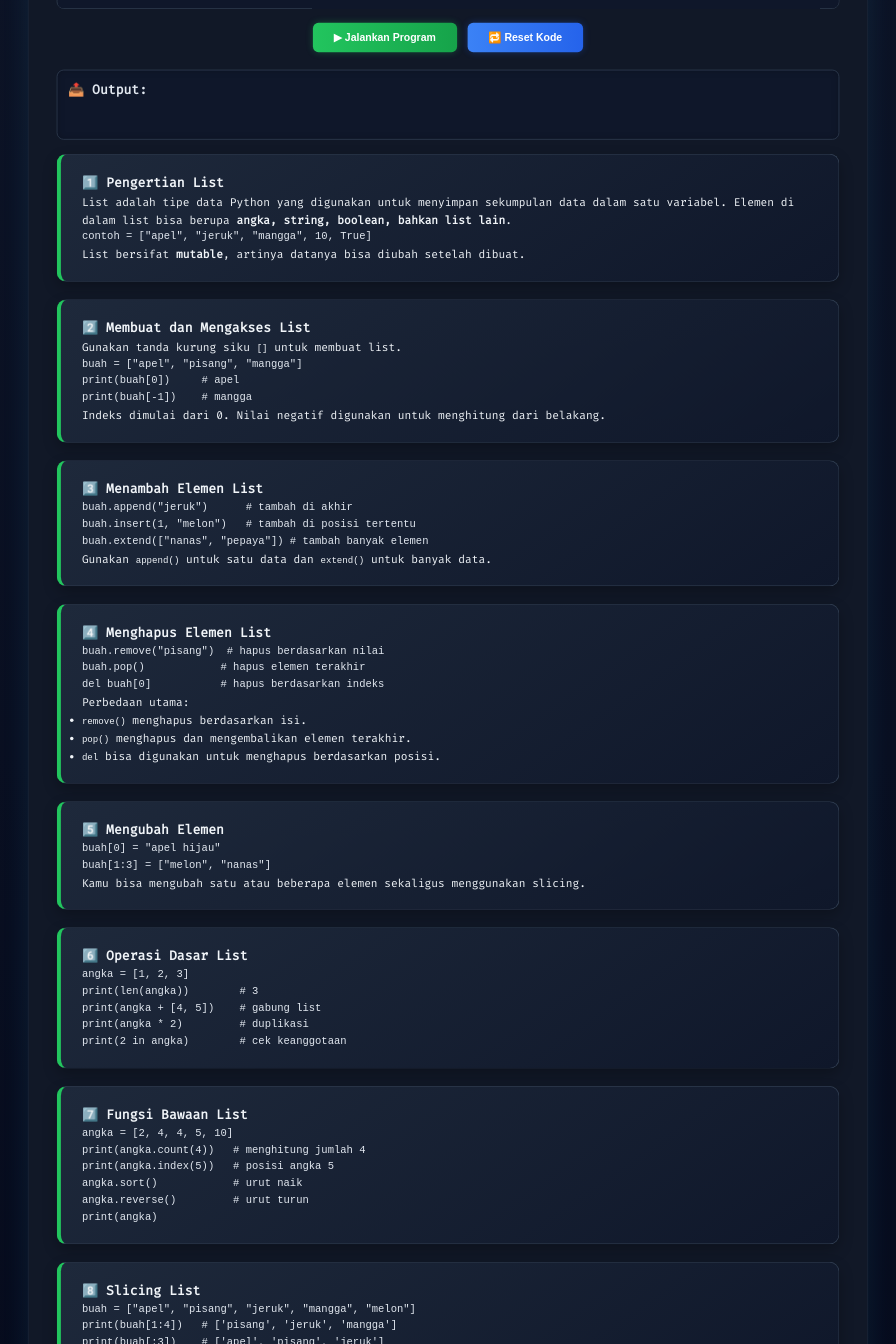
Repository: smkmutipugademak/Array
Page: index.html
An editor plug-in stored every save of this project. The page is shown before and after the next save, followed by the edit.
The browser window is 1280 px wide. The pictures show the part of the page from y = 831 to 2751 px (the page is 4198 px tall before and 4413 px after), at 70% of full size.
An inner scrolling area shows only its first screen.

Above is the page before, as saved 2025-11-11 05:20:34.

### index.html
<!DOCTYPE html>
<html lang="id">

<head>
    <meta charset="UTF-8" />
    <meta name="viewport" content="width=device-width, initial-scale=1.0" />
    <title>🐍 Python Interactive Compiler - Belajar List</title>
    <link rel="stylesheet" href="style.css" />
    <link href="https://fonts.googleapis.com/css2?family=Fira+Code&display=swap" rel="stylesheet">
</head>

<body>
    <div class="container">
        <h1>🐍 Python Interactive Compiler</h1>
        <h2>📚 Modul: List (Array) Lengkap</h2>

        <div class="tabs">
            <button class="tab-button active" data-tab="praktikum">🧩 Praktikum</button>
        </div>

        <!-- ===================== TAB PRAKTIKUM ===================== -->
        <div id="praktikum" class="tab-content active">
            <div class="instructions">
                <h3>📗 Panduan Praktikum</h3>
                <ul>
                    <li>Edit bagian tertentu sesuai instruksi di komentar <code>#</code>.</li>
                    <li>Klik <b>▶ Jalankan</b> untuk menjalankan kode.</li>
                    <li>Klik <b>🔁 Reset</b> untuk mengembalikan kode ke versi awal.</li>
                    <li>Kode otomatis tersimpan, tidak akan hilang saat reload!</li>
                </ul>
            </div>

            <div class="editor-section">
                <label>💻 Kode Python:</label>
                <textarea id="editor" spellcheck="false"></textarea>

                <div class="btn-group">
                    <button id="runBtn">▶ Jalankan Program</button>
                    <button id="resetBtn">🔁 Reset Kode</button>
                </div>
            </div>

            <div class="output-container">
                <h3>📤 Output:</h3>
                <pre id="output"></pre>
            </div>
        </div>

        <!-- ===================== TAB TEORI LENGKAP ===================== -->
        <div id="teori" class="tab-content">
            <div class="theory-section">
                <div class="card">
                    <h3>1️⃣ Pengertian List</h3>
                    <p>List adalah tipe data Python yang digunakan untuk menyimpan sekumpulan data dalam satu variabel.
                        Elemen di dalam list bisa berupa <b>angka, string, boolean, bahkan list lain</b>.</p>
                    <pre><code>contoh = ["apel", "jeruk", "mangga", 10, True]</code></pre>
                    <p>List bersifat <b>mutable</b>, artinya datanya bisa diubah setelah dibuat.</p>
                </div>

                <div class="card">
                    <h3>2️⃣ Membuat dan Mengakses List</h3>
                    <p>Gunakan tanda kurung siku <code>[]</code> untuk membuat list.</p>
                    <pre><code>buah = ["apel", "pisang", "mangga"]
print(buah[0])     # apel
print(buah[-1])    # mangga</code></pre>
                    <p>Indeks dimulai dari 0. Nilai negatif digunakan untuk menghitung dari belakang.</p>
                </div>

                <div class="card">
                    <h3>3️⃣ Menambah Elemen List</h3>
                    <pre><code>buah.append("jeruk")      # tambah di akhir
buah.insert(1, "melon")   # tambah di posisi tertentu
buah.extend(["nanas", "pepaya"]) # tambah banyak elemen</code></pre>
                    <p>Gunakan <code>append()</code> untuk satu data dan <code>extend()</code> untuk banyak data.</p>
                </div>

                <div class="card">
                    <h3>4️⃣ Menghapus Elemen List</h3>
                    <pre><code>buah.remove("pisang")  # hapus berdasarkan nilai
buah.pop()            # hapus elemen terakhir
del buah[0]           # hapus berdasarkan indeks</code></pre>
                    <p>Perbedaan utama:
                    <ul>
                        <li><code>remove()</code> menghapus berdasarkan isi.</li>
                        <li><code>pop()</code> menghapus dan mengembalikan elemen terakhir.</li>
                        <li><code>del</code> bisa digunakan untuk menghapus berdasarkan posisi.</li>
                    </ul>
                    </p>
                </div>

                <div class="card">
                    <h3>5️⃣ Mengubah Elemen</h3>
                    <pre><code>buah[0] = "apel hijau"
buah[1:3] = ["melon", "nanas"]</code></pre>
                    <p>Kamu bisa mengubah satu atau beberapa elemen sekaligus menggunakan slicing.</p>
                </div>

                <div class="card">
                    <h3>6️⃣ Operasi Dasar List</h3>
                    <pre><code>angka = [1, 2, 3]
print(len(angka))        # 3
print(angka + [4, 5])    # gabung list
print(angka * 2)         # duplikasi
print(2 in angka)        # cek keanggotaan</code></pre>
                </div>

                <div class="card">
                    <h3>7️⃣ Fungsi Bawaan List</h3>
                    <pre><code>angka = [2, 4, 4, 5, 10]
print(angka.count(4))   # menghitung jumlah 4
print(angka.index(5))   # posisi angka 5
angka.sort()            # urut naik
angka.reverse()         # urut turun
print(angka)</code></pre>
                </div>

                <div class="card">
                    <h3>8️⃣ Slicing List</h3>
                    <pre><code>buah = ["apel", "pisang", "jeruk", "mangga", "melon"]
print(buah[1:4])   # ['pisang', 'jeruk', 'mangga']
print(buah[:3])    # ['apel', 'pisang', 'jeruk']
print(buah[::-1])  # urutan dibalik</code></pre>
                </div>

                <div class="card">
                    <h3>9️⃣ Nested List (List di dalam List)</h3>
                    <pre><code>kelas = [["Ani", 80], ["Budi", 90], ["Citra", 85]]
print(kelas[1][0])  # Budi
print(kelas[1][1])  # 90</code></pre>
                    <p>Nested list sering digunakan untuk menyimpan data tabel atau pasangan nilai (nama dan skor).</p>
                </div>

                <div class="card">
                    <h3>🔟 Looping pada List</h3>
                    <pre><code>for buah in ["apel", "pisang", "jeruk"]:
    print(buah)</code></pre>
                    <p>Bisa juga menggunakan <code>enumerate()</code> untuk mendapatkan indeks dan nilai:</p>
                    <pre><code>buah = ["apel", "jeruk", "pisang"]
for i, item in enumerate(buah):
    print(i, item)</code></pre>
                </div>

                <div class="card">
                    <h3>1️⃣1️⃣ List Comprehension</h3>
                    <p>Cara singkat membuat list dari iterasi.</p>
                    <pre><code>angka = [x for x in range(5)]
kuadrat = [x**2 for x in range(1,6)]
print(angka)
print(kuadrat)</code></pre>
                </div>

                <div class="card">
                    <h3>1️⃣2️⃣ Fungsi Copy, Clear, dan Lainnya</h3>
                    <pre><code>data = [1, 2, 3]
salinan = data.copy()
salinan.append(4)
print("Asli:", data)
print("Salinan:", salinan)

data.clear()
print("Setelah clear:", data)</code></pre>
                </div>

                <div class="card">
                    <h3>📖 Rangkuman</h3>
                    <ul>
                        <li>List menyimpan banyak data dalam satu variabel.</li>
                        <li>List bersifat <b>mutable</b> (bisa diubah).</li>
                        <li>Dapat ditambah, dihapus, digabung, dan diulang.</li>
                        <li>Mendukung operasi matematika dan logika sederhana.</li>
                        <li>Sangat penting untuk memahami manipulasi data di Python.</li>
                    </ul>
                </div>

                <div class="card" style="text-align:center; color:#22c55e;">
                    <h3>🎉 Selesai! Kamu sudah memahami semua konsep List Python 🎉</h3>
                </div>
            </div>
        </div>
    </div>

    <!-- Skulpt -->
    <script src="https://cdn.jsdelivr.net/npm/skulpt@1.2.0/dist/skulpt.min.js"></script>
    <script src="https://cdn.jsdelivr.net/npm/skulpt@1.2.0/dist/skulpt-stdlib.js"></script>
    <script src="script.js"></script>
</body>

</html>

### style.css
/* =======================================
   🌌 MODERN RESPONSIVE PYTHON COMPILER UI
   By Nanda Edition
======================================= */

/* RESET & BASE */
* {
    box-sizing: border-box;
    margin: 0;
    padding: 0;
}

body {
    background: radial-gradient(circle at top, #0f172a, #020617);
    color: #e2e8f0;
    font-family: "Fira Code", monospace;
    display: flex;
    justify-content: center;
    align-items: flex-start;
    min-height: 100vh;
    padding: 30px 10px;
}

/* CONTAINER */
.container {
    background: #111827;
    border: 1px solid #1e293b;
    border-radius: 20px;
    width: 100%;
    max-width: 1200px;
    padding: 30px 40px;
    box-shadow: 0 0 40px rgba(56, 189, 248, 0.1);
    animation: fadeIn 0.6s ease;
}

/* TITLE */
h1 {
    text-align: center;
    color: #38bdf8;
    font-size: 1.9rem;
    font-weight: 600;
    margin-bottom: 10px;
}

h2 {
    text-align: center;
    color: #94a3b8;
    font-size: 1rem;
    margin-bottom: 20px;
}

/* TABS */
.tabs {
    display: flex;
    justify-content: center;
    flex-wrap: wrap;
    gap: 10px;
    margin-bottom: 25px;
}

.tab-button {
    padding: 10px 22px;
    background: #1e293b;
    border: 1px solid #334155;
    border-radius: 10px;
    color: #cbd5e1;
    cursor: pointer;
    transition: all 0.3s ease;
    font-weight: 500;
}

.tab-button:hover {
    background: #2563eb;
    color: #fff;
    transform: translateY(-2px);
}

.tab-button.active {
    background: linear-gradient(90deg, #22c55e, #16a34a);
    color: #fff;
    box-shadow: 0 0 10px rgba(34, 197, 94, 0.4);
}

/* THEORY SECTION */
.theory-section {
    display: flex;
    flex-direction: column;
    gap: 25px;
    margin-top: 20px;
}

.card {
    background: linear-gradient(145deg, #1e293b 0%, #0f172a 100%);
    border: 1px solid #334155;
    border-left: 6px solid #22c55e;
    border-radius: 14px;
    padding: 25px 30px;
    color: #f1f5f9;
    line-height: 1.6;
    position: relative;
    transition: all 0.3s ease;
    box-shadow: 0 8px 20px rgba(0, 0, 0, 0.25);
}

.card:hover {
    transform: translateY(-4px);
    border-left-color: #38bdf8;
    box-shadow: 0 10px 25px rgba(56, 189, 248, 0.15);
}

/* EDITOR SECTION */
.editor-section {
    display: flex;
    flex-direction: column;
    gap: 20px;
}

textarea {
    width: 100%;
    height: 480px;
    background: #0f172a;
    color: #f8fafc;
    border: 1px solid #334155;
    border-radius: 10px;
    padding: 15px;
    font-size: 15px;
    resize: none;
    outline: none;
    transition: all 0.3s ease;
}

textarea:focus {
    border-color: #38bdf8;
    box-shadow: 0 0 10px rgba(56, 189, 248, 0.2);
}

/* BUTTON GROUP */
.btn-group {
    display: flex;
    justify-content: center;
    flex-wrap: wrap;
    gap: 15px;
}

#runBtn,
#resetBtn {
    padding: 12px 30px;
    border: none;
    border-radius: 8px;
    color: #fff;
    cursor: pointer;
    font-size: 15px;
    font-weight: 600;
    transition: all 0.3s ease;
}

#runBtn {
    background: linear-gradient(90deg, #22c55e, #16a34a);
    box-shadow: 0 0 10px rgba(34, 197, 94, 0.3);
}

#runBtn:hover {
    background: linear-gradient(90deg, #16a34a, #15803d);
    transform: translateY(-2px);
}

#resetBtn {
    background: linear-gradient(90deg, #3b82f6, #2563eb);
    box-shadow: 0 0 10px rgba(37, 99, 235, 0.3);
}

#resetBtn:hover {
    background: linear-gradient(90deg, #2563eb, #1d4ed8);
    transform: translateY(-2px);
}

/* OUTPUT CONTAINER */
.output-container {
    background: #0f172a;
    border: 1px solid #334155;
    border-radius: 10px;
    padding: 15px;
    margin-top: 25px;
    overflow-x: auto;
    min-height: 100px;
    box-shadow: inset 0 0 10px rgba(0, 0, 0, 0.2);
}

pre {
    color: #e2e8f0;
    font-size: 15px;
    white-space: pre-wrap;
}

/* ANIMASI */
@keyframes fadeIn {
    from {
        opacity: 0;
        transform: translateY(20px);
    }

    to {
        opacity: 1;
        transform: translateY(0);
    }
}

/* RESPONSIVE ADJUSTMENTS */

/* 💻 Laptop kecil */
@media (max-width: 1024px) {
    .container {
        padding: 20px;
    }

    textarea {
        height: 400px;
        font-size: 14px;
    }
}

/* 📱 Tablet */
@media (max-width: 768px) {
    h1 {
        font-size: 1.6rem;
    }

    .theory-section {
        grid-template-columns: 1fr;
    }

    textarea {
        height: 350px;
    }
}

/* 📱 Smartphone besar */
@media (max-width: 480px) {
    .container {
        padding: 15px;
        border-radius: 14px;
    }

    .tab-button {
        padding: 8px 16px;
        font-size: 13px;
    }

    #runBtn,
    #resetBtn {
        padding: 10px 20px;
        font-size: 13px;
    }

    textarea {
        height: 300px;
        font-size: 13px;
    }
}

### script.js
// ============================================================
// 🧠 PYTHON COMPILER WITH AUTOSAVE
// ============================================================
const defaultCode = `# ============================================================
# 📘 PRAKTIKUM PYTHON LIST LENGKAP
# ============================================================

buah = ["apel", "jeruk", "pisang", "mangga"]
print("List buah awal:", buah)

# 🔹 Akses elemen
print("Buah pertama:", buah[0])
print("Buah terakhir:", buah[-1])

# 🔹 Ubah elemen
buah[0] = "apel hijau"
print("Setelah diubah:", buah)

# 🔹 Tambah data
buah.append("melon")
buah.insert(2, "anggur")
buah.extend(["nanas", "pepaya"])
print("Setelah ditambah:", buah)

# 🔹 Hapus data
buah.remove("jeruk")
hapus = buah.pop()
print("Setelah dihapus:", buah)
print("Yang dihapus:", hapus)

# 🔹 Fungsi dasar list
angka = [2, 4, 5, 5, 10, 4]
print("List angka:", angka)
print("Jumlah elemen:", len(angka))
print("Banyak angka 5:", angka.count(5))
print("Indeks angka 4:", angka.index(4))

# 🔹 Operasi list
print("Penjumlahan list:", angka + [20, 30])
print("Duplikasi list:", angka * 2)
print("Apakah 4 ada di list?", 4 in angka)

# 🔹 Slicing
print("Elemen ke-2 s.d 4:", angka[1:4])
print("Membalik urutan:", angka[::-1])

# 🔹 Nested list
kelas = [["Ani", 80], ["Budi", 90], ["Citra", 85]]
print("Nilai Budi:", kelas[1][1])

# 🔹 Looping
print("Daftar nilai siswa:")
for nama, nilai in kelas:
    print("-", nama, "=", nilai)

# 🔹 List comprehension
kuadrat = [x**2 for x in range(1, 6)]
print("Kuadrat 1–5:", kuadrat)

# 🔹 Sort & Reverse
angka2 = [9, 3, 6, 1, 7]
angka2.sort()
print("Urut naik:", angka2)
angka2.reverse()
print("Urut turun:", angka2)

# 🔹 Copy dan Clear
salinan = angka2.copy()
salinan.append(100)
print("Asli:", angka2)
print("Salinan:", salinan)
salinan.clear()
print("Setelah clear:", salinan)

print("\\n✅ Semua fungsi List Python telah dipelajari!")`;

// ===========================
//  Inisialisasi Editor
// ===========================
const editor = document.getElementById("editor");
const output = document.getElementById("output");
const savedCode = localStorage.getItem("pythonCode");

editor.value = savedCode || defaultCode;

// ===========================
//  Jalankan Program
// ===========================
function outf(text) {
    output.innerHTML += text + "\n";
}

function builtinRead(x) {
    if (Sk.builtinFiles === undefined || Sk.builtinFiles["files"][x] === undefined)
        throw "File not found: '" + x + "'";
    return Sk.builtinFiles["files"][x];
}

document.getElementById("runBtn").addEventListener("click", () => {
    output.innerHTML = "";
    Sk.configure({ output: outf, read: builtinRead });
    Sk.misceval.asyncToPromise(() => Sk.importMainWithBody("<stdin>", false, editor.value, true))
        .then(() => outf("\n✅ Program selesai tanpa error."))
        .catch(err => outf("\n❌ Error: " + err.toString()));
});

// ===========================
//  Reset ke Default
// ===========================
document.getElementById("resetBtn").addEventListener("click", () => {
    if (confirm("Yakin ingin mengembalikan kode ke versi awal?")) {
        editor.value = defaultCode;
        output.innerHTML = "";
        localStorage.removeItem("pythonCode");
    }
});

// ===========================
//  Autosave Tiap 2 Detik
// ===========================
setInterval(() => {
    localStorage.setItem("pythonCode", editor.value);
}, 2000);

// ===========================
//  Tab Navigasi
// ===========================
document.querySelectorAll(".tab-button").forEach(btn => {
    btn.addEventListener("click", () => {
        document.querySelectorAll(".tab-button").forEach(b => b.classList.remove("active"));
        document.querySelectorAll(".tab-content").forEach(c => c.classList.remove("active"));
        btn.classList.add("active");
        document.getElementById(btn.dataset.tab).classList.add("active");
    });
});

After the next save:
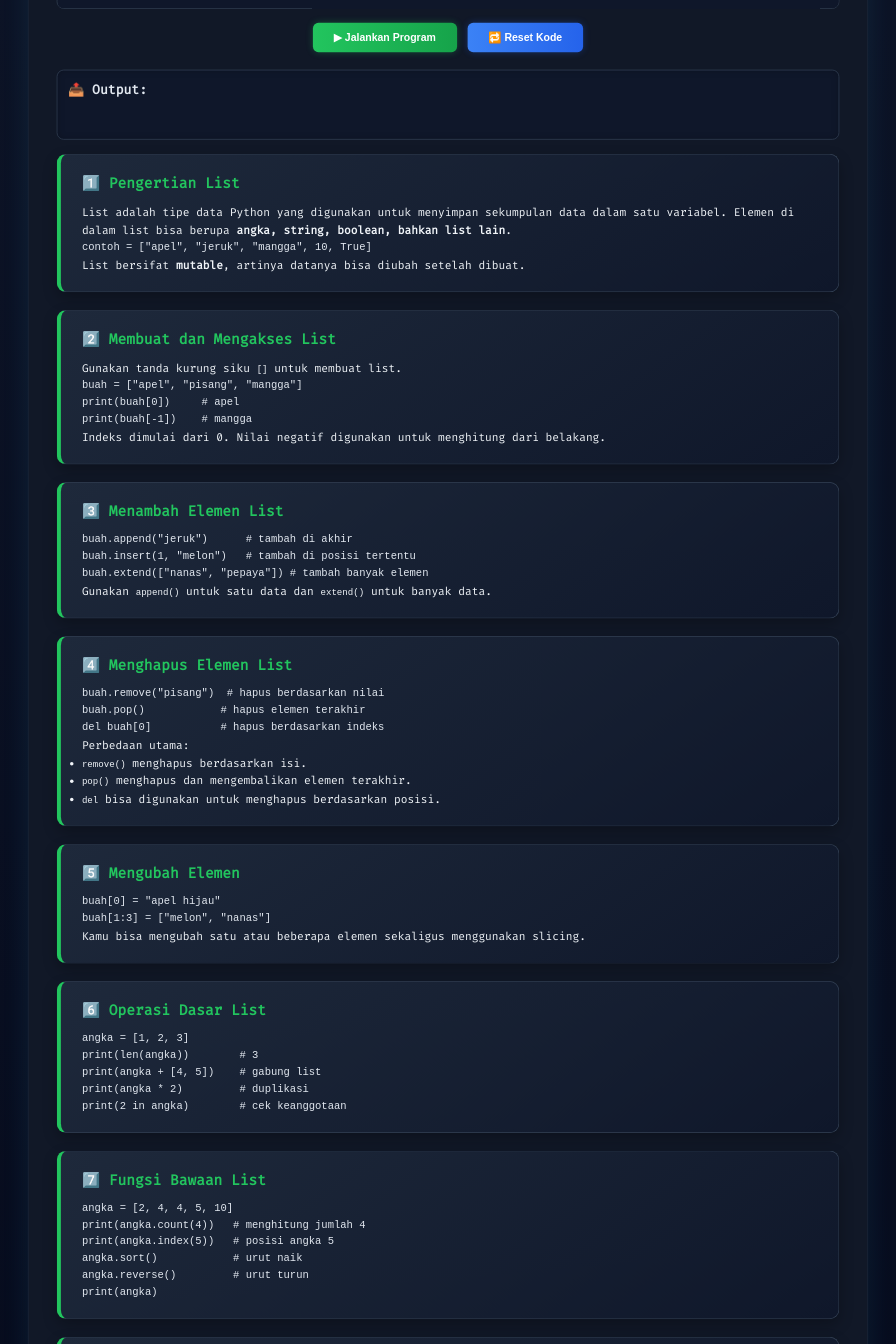
Saved 8 s later.
--- a/style.css
+++ b/style.css
@@ -107,7 +107,16 @@ h2 {
     border-left-color: #38bdf8;
     box-shadow: 0 10px 25px rgba(56, 189, 248, 0.15);
 }
-
+/* Nomor bab */
+.card h3 {
+    display: flex;
+    align-items: center;
+    gap: 10px;
+    font-size: 1.3rem;
+    font-weight: 700;
+    color: #22c55e;
+    margin-bottom: 12px;
+}
 /* EDITOR SECTION */
 .editor-section {
     display: flex;
